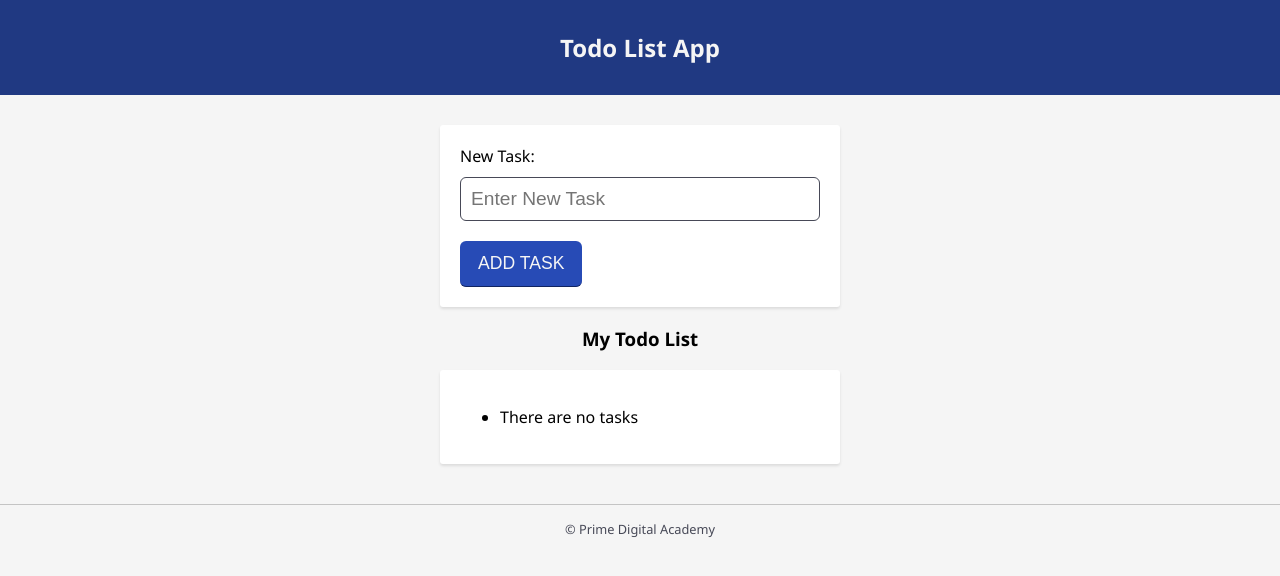
Repository: ryanmgregory/ursus-todo-list
Page: index.html
An editor plug-in stored every save of this project. The page is shown before and after the next save, followed by the edit.
The browser window is 1280 px wide. The pictures show the whole page.

Above is the page before, as saved 2020-03-19 23:07:25.

### index.html
<!DOCTYPE html>
<html lang="en">
  <head>
    <meta charset="UTF-8" />
    <meta name="viewport" content="width=device-width, initial-scale=1.0" />
    <link rel="stylesheet" href="style.css" />
    <script src="jquery-3.4.1.min.js" type="text/javascript"></script>
    <script src="javascript.js" type="text/javascript"></script>

    <title>Todo List</title>
  </head>
  <body>
    <header class="appBar">
      <h1 class="appBar-title">Todo List App</h1>
    </header>
    <!-- ASSIGNMENT CONTENT GOES BELOW HERE -->

    <!--Input field with "New Task" label.  "Add Task" BTN.  -->
    <div class="panel">
      <form class="js-form-add">
        <label class="fieldLabel">New Task:</label>
        <input class="js-input-task" type="text" placeholder="Enter New Task" />
        <button class="btn" type="submit">ADD TASK</button>
      </form>
    </div>

    <!-- h3 "My To Do List"  -->
    <h3>My Todo List</h3>
    <!-- <UL> <OL single item: "There are no tasks in it"/>  -->
    <div class="panel">
      <ul class="js-unordered-list">
        <li class="js-single-item-list">
          There are no tasks
        </li>
      </ul>
    </div>
    <footer class="footer">
      &copy; Prime Digital Academy
    </footer>
  </body>
</html>

### style.css
/* ----------------------------------------
** Element Resets
** ---------------------------------------- */

h3 {
  text-align: center;
}

html,
body {
  margin: 0;
  height: 100%;
  background-color: #f5f5f5;
  font-family: "Segoe UI", Tahoma, Geneva, Verdana, sans-serif;
}

/* ----------------------------------------
** Footer
** ---------------------------------------- */

.footer {
  margin: 40px 0 0;
  padding: 15px 20px;
  border-top: 1px solid rgb(0, 0, 0, 0.2);
  color: #474957;
  text-align: center;
  font-size: 0.8rem;
}

/* ----------------------------------------
** App Bar
** ---------------------------------------- */

.appBar {
  margin: 0 0 30px;
  padding: 15px 20px;
  background-color: #203982;
  color: #f5f5f5;
  text-align: center;
}

.appBar-title {
  font-size: 1.5rem;
}

/* ----------------------------------------
** Panel
** - wrapping element meant to give the look
**   of a raised box
** ---------------------------------------- */

.panel {
  margin: 0 auto;
  padding: 20px;
  max-width: 90%;
  width: 400px;
  box-sizing: border-box;
  background-color: #ffffff;
  border-radius: 3px;
  box-shadow: 0 2px 3px rgb(0, 0, 0, 0.1);
}

.panel + .panel {
  margin-top: 20px;
}

/* ----------------------------------------
** Button
** - interactive element for clickable buttons
** ---------------------------------------- */

.btn {
  padding: 12px 18px;
  box-sizing: border-box;
  border-radius: 6px;
  background: #274bb6;
  border-width: 0;
  border-bottom: 1px solid #102461;
  color: #f5f5f5;
  text-align: center;
  font-size: 1.1rem;
  text-transform: uppercase;
  cursor: pointer;
}

.btn:hover {
  background-color: #102461;
}

.btn:disabled {
  border-width: 0;
  background-color: #b2b6d3;
  cursor: not-allowed;
}

.btn_fullWidth {
  width: 100%;
}

/* ----------------------------------------
** Form Fields
** - styling for both standard input and label
** ---------------------------------------- */

.fieldLabel {
  display: block;
  margin: 0 0 10px;
}

.js-input-task {
  margin: 0 0 20px;
  padding: 10px;
  width: 100%;
  box-sizing: border-box;
  border-radius: 6px;
  border: 1px solid #474957;
  font-size: 1.2rem;
}

/* ----------------------------------------
** Stacked List
** - meant for the element wrapping a list
**   of items
** ---------------------------------------- */

.stackedList {
  margin: 0;
  padding: 0;
  list-style: none;
}

.stackedList > * {
  display: flex;
  justify-content: space-between;
  align-items: center;
  padding: 10px;
  width: 100%;
  box-sizing: border-box;
}

.stackedList > * + * {
  border-top: 1px solid #75788d;
}

/* ----------------------------------------
** Actions and State
** - utility classes to alter a visual
** ---------------------------------------- */

.isComplete {
  background-color: #a8f0d4;
}

### javascript.js
$(document).ready(init);
// create addTask ready on page load
const todoArray = [];

function init() {
  $(".js-form-add").on("click", ".btn", addTask);
  // $(".js-unordered-list").on("click", ".js-btn-complete", toggleBtn);
}

const taskObject = {
  taskName: $(".js-input-task").val(),
  complete: false
};
// addTask function to receive task (as object) into array
// create object with name (string) & complete (boolean)
// added prevent default event to stop the page from reloading

function addTask(event) {
  event.preventDefault();
  console.log("in addTask");

  const taskObject = {
    taskName: $(".js-input-task").val(),
    complete: false
  };
  todoArray.push(taskObject);
  console.log("to do array:", todoArray);
  emptyField();
  render();
}

// empty input field after addTask
function emptyField() {
  $(".js-input-task").val("");
}

// Display object from array on <ul> on DOM
// empty array before each push
function render() {
  $(".js-unordered-list").empty();
  for (let i = 0; i < todoArray.length; i++) {
    const individualTask = todoArray[i];
    $(".js-unordered-list").append(`
        <div>
        <li>${individualTask.taskName} <button class="js-btn-complete">COMPLETE</button>  </li>
        <div>
        `);
  }
}

// btn click event to change value of object to true

function toggleBtn() {
  $(this.value === false);
}

//   console.log("in ToGgLe!!!");
//   if (($(this.parent()) = false)) {
//     console.log("its false");
//   }
//   if (($(this.parent()) = true)) {
//     console.log("its true");
//   }
// }

//   for (let i = 0; i < todoArray.length; i++) {
//     const individualTask = todoArray[i];
//     $(this).toggle($({.complete} = true));
//   }

// // console.log("todoArray:", todoArray);

// function toggleBtn() {
//   console.log("in ToGgLe!!!");
//   console.log("todoArray:", todoArray);
//   for (let i = 0; i < todoArray.length; i++) {
//     const individualTask = todoArray[i];
//     $(".js-unordered-list").append(`
//   <div>
//   <button class="js-btn-complete"${(individualTask.complete = true)}>COMPLETE</button>  </li>
//   <div>
//   `);
//   }
// }

Loaded but not shown: jquery-3.4.1.min.js (library)

After the next save:
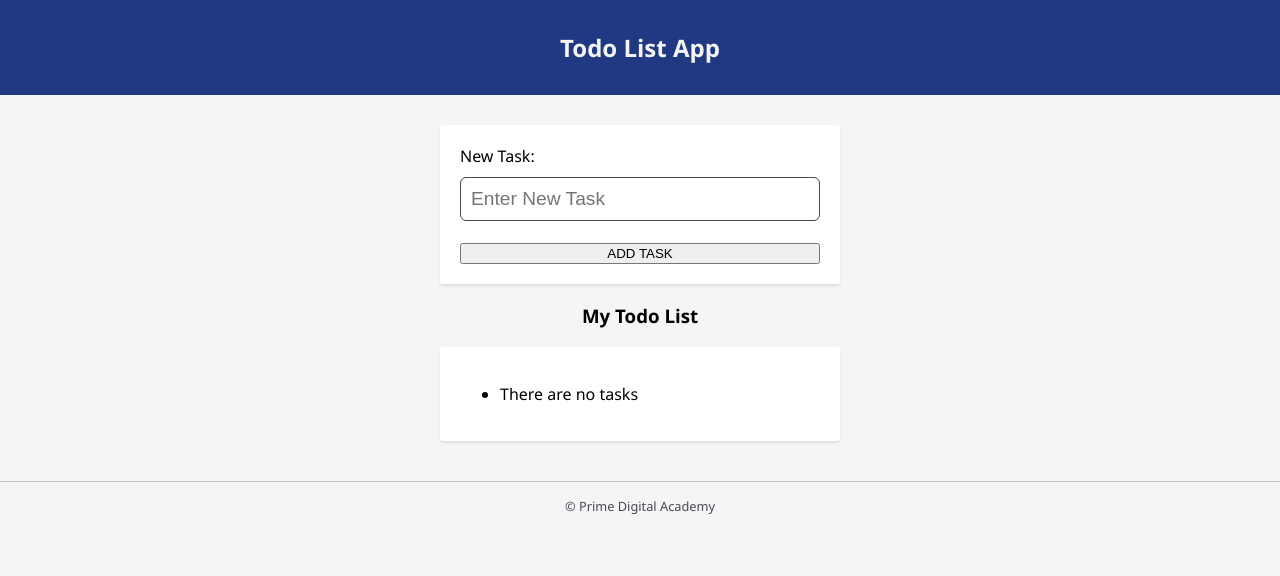
Saved 75 s later.
--- a/index.html
+++ b/index.html
@@ -20,7 +20,7 @@
       <form class="js-form-add">
         <label class="fieldLabel">New Task:</label>
         <input class="js-input-task" type="text" placeholder="Enter New Task" />
-        <button class="btn" type="submit">ADD TASK</button>
+        <button class="btn_fullWidth" type="submit">ADD TASK</button>
       </form>
     </div>
 

After the save that followed:
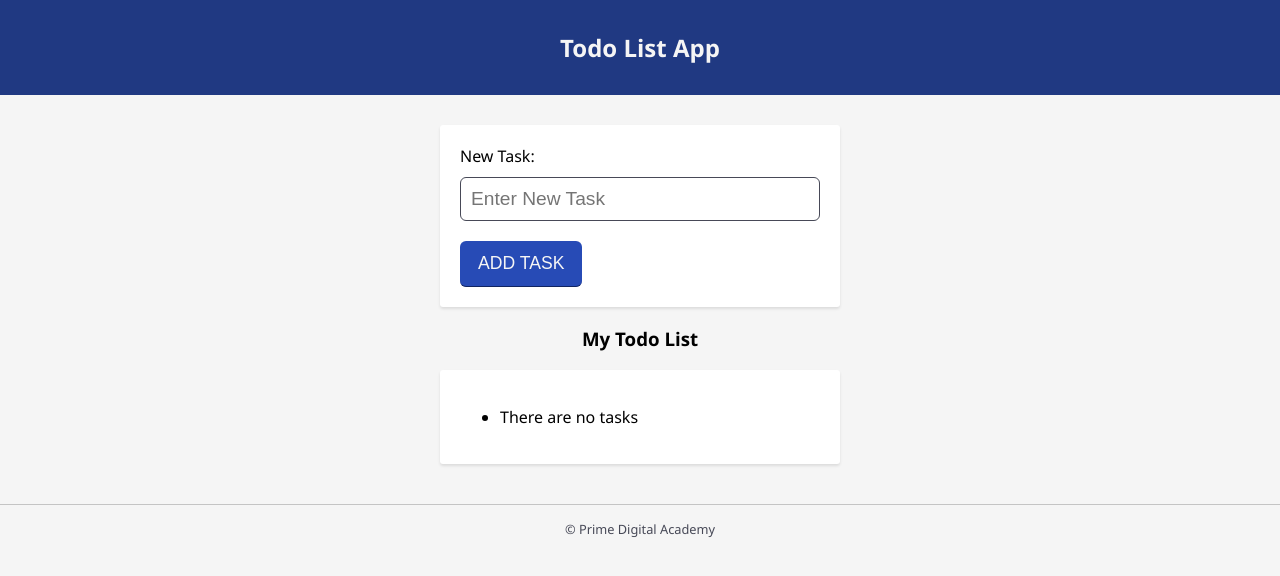
Saved 13 s later.
--- a/index.html
+++ b/index.html
@@ -20,7 +20,7 @@
       <form class="js-form-add">
         <label class="fieldLabel">New Task:</label>
         <input class="js-input-task" type="text" placeholder="Enter New Task" />
-        <button class="btn_fullWidth" type="submit">ADD TASK</button>
+        <button class="btn" type="submit">ADD TASK</button>
       </form>
     </div>
 
